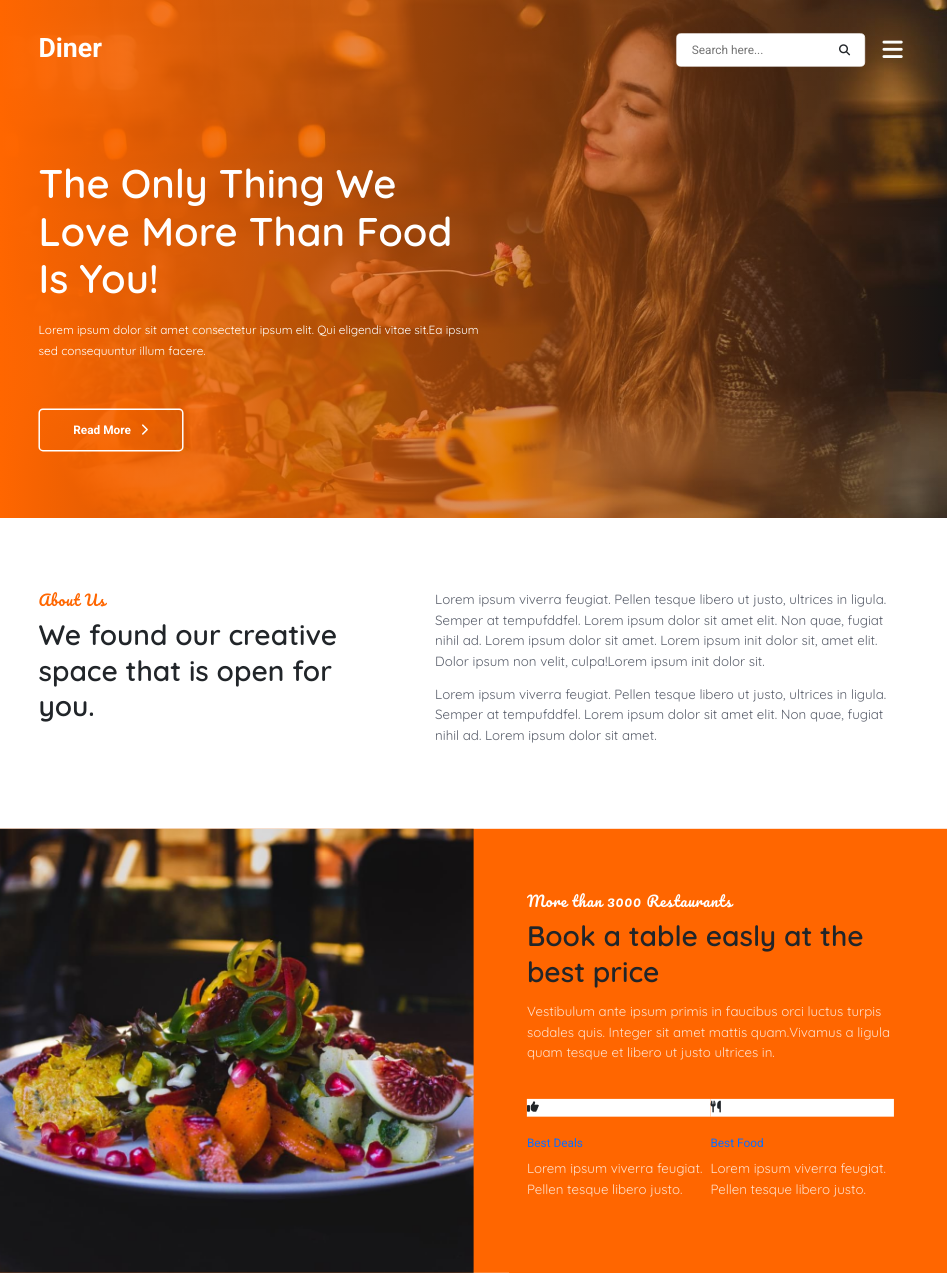
Repository: minhtrivu6199/Diner
Page: index.html
The author's editor kept a copy of each file at every save. The page is drawn from the files as they stood at one save, then again after the next save.
The browser window is 1280 px wide. The pictures show the whole page, at 74% of full size.
Backgrounds fixed to the window are drawn as part of the page. The style sheet was rebuilt from its Sass, Less or Tailwind sources for each picture, by a compiler version that may differ from the author's.

Above is the page before, as saved 2022-10-10 16:03:47.

### index.html
<!DOCTYPE html>
<html lang="en">
  <head>
    <title>Title</title>
    <!-- Required meta tags -->
    <meta charset="utf-8" />
    <meta
      name="viewport"
      content="width=device-width, initial-scale=1, shrink-to-fit=no"
    />
    <!-- FontAwesome 6.2.0 CSS -->
    <link
      rel="stylesheet"
      href="https://cdnjs.cloudflare.com/ajax/libs/font-awesome/6.2.0/css/all.min.css"
      integrity="sha512-xh6O/CkQoPOWDdYTDqeRdPCVd1SpvCA9XXcUnZS2FmJNp1coAFzvtCN9BmamE+4aHK8yyUHUSCcJHgXloTyT2A=="
      crossorigin="anonymous"
      referrerpolicy="no-referrer"
    />

    <!-- Font -->
    <link rel="preconnect" href="https://fonts.googleapis.com" />
    <link rel="preconnect" href="https://fonts.gstatic.com" crossorigin />
    <link
      href="https://fonts.googleapis.com/css2?family=Roboto:wght@100;300;400;500;700;900&display=swap"
      rel="stylesheet"
    />
    <link
      href="https://fonts.googleapis.com/css2?family=Pacifico&display=swap"
      rel="stylesheet"
    />
    <link
      href="https://fonts.googleapis.com/css2?family=Quicksand:wght@300;400;500;600;700&display=swap"
      rel="stylesheet"
    />

    <!-- Bootstrap CSS v5.2.1 -->
    <link
      href="https://cdn.jsdelivr.net/npm/bootstrap@5.2.1/dist/css/bootstrap.min.css"
      rel="stylesheet"
      integrity="sha384-iYQeCzEYFbKjA/T2uDLTpkwGzCiq6soy8tYaI1GyVh/UjpbCx/TYkiZhlZB6+fzT"
      crossorigin="anonymous"
    />
    <!-- CSS -->
    <link rel="stylesheet" href="./css/style.min.css" />
  </head>

  <body>
    <!-- HEADER BANNER -->
    <section class="header-banner">
      <div class="container">
        <!-- BANNER HEADER -->
        <div class="banner-header">
          <div class="banner-logo">
            <h1>
              <a href="" class="logo-brand">Diner</a>
            </h1>
          </div>
          <div class="banner-right-content">
            <div class="search-bar">
              <form class="search position-relative">
                <input
                  type="search"
                  class="search-input"
                  placeholder="Search here..."
                />
                <span class="fa fa-search search-icon"></span>
              </form>
            </div>
            <div class="menu text-center">
              <div class="mobile-position">
                <nav class="navigation">
                  <!-- <div class="theme-switch-wrapper">
                    <label for="checkbox" class="theme-switch">
                      <input type="checkbox" id="checkbox" />
                      <div class="mode-container">
                        <i class="fa fa-sun"></i>
                        <i class="fa fa-moon"></i>
                      </div>
                    </label>
                  </div> -->
                </nav>
              </div>
              <div class="mobile-nav-button text-center">
                <button id="trigger-overlay" type="button">
                  <i class="fa fa-bars" aria-hidden="true"></i>
                </button>
              </div>
            </div>
          </div>
          <!-- NAV MENU -->
          <div class="overlay overlay-scale">
            <button type="button" class="overlay-close">
              <i class="fa fa-times" aria-hidden="true"></i>
            </button>

            <nav>
              <ul>
                <li><a href="index.html" class="active">Home</a></li>
                <li><a href="about.html">About</a></li>
                <li><a href="services.html">Services</a></li>
                <li><a href="blog.html">Blog</a></li>
                <li><a href="error.html">404</a></li>
                <li><a href="">Landing Page</a></li>
                <li><a href="contact.html">Contact</a></li>
                <li><a href="">Shot Codes</a></li>
                <li><a href="">Email</a></li>
              </ul>
            </nav>
          </div>
          <!-- END NAV MENU -->
        </div>
        <!-- END BANNER HEADER -->
        <div class="banner-info">
          <h3 class="mb-4 title">The only thing we love more than food is you!</h3>
          <div class="separator"></div>
          <p class="pr-lg-5 mt-md-4 mt-3">
            Lorem ipsum dolor sit amet consectetur ipsum elit. Qui eligendi
            vitae sit.Ea ipsum sed consequuntur illum facere.
          </p>
          <a class="btn btn-white mt-sm-5 mt-4 mr-2" href="about.html">
            Read More
            <span class="fa fa-chevron-right ms-2" aria-hidden="true"></span>
          </a>
        </div>
      </div>
    </section>
    <!-- END HEADER -->

    <!-- ABOUT -->
    <section class="about-us py-5">
      <div class="container py-md-5">
        <div class="row content">
          <div class="col-lg-5 content-left">
            <div class="about-title">
              <h6 class="subtitle">About Us</h6>
              <h3 class="title mb-4">
                We found our creative space that is open for you.
              </h3>
            </div>
          </div>
          <div class="col-lg-7 content-right ps-lg-5">
            <p>
              Lorem ipsum viverra feugiat. Pellen tesque libero ut justo, ultrices in ligula. Semper at tempufddfel. Lorem ipsum dolor sit amet elit. Non quae, fugiat nihil ad. Lorem ipsum dolor sit amet. Lorem ipsum init dolor sit, amet elit. Dolor ipsum non velit, culpa!Lorem ipsum init dolor sit.
            </p>
            <p class="mt-3">
              Lorem ipsum viverra feugiat. Pellen tesque libero ut justo, ultrices in ligula. Semper at tempufddfel. Lorem ipsum dolor sit amet elit. Non quae, fugiat nihil ad. Lorem ipsum dolor sit amet.
            </p>
          </div>
        </div>
      </div>
    </section>
    <!-- END ABOUT -->

    <!-- AGENT -->
    <section class="agent">
      <div class="container-fluid">
        <div class="row align-items-center gx-0">
          <div class="col-lg-6 pt-lg-0 pt-5">
            <div class="agent-image"></div>
          </div>
          <div class="col-lg-6 px-lg-4 py-lg-3 py-4">
            <div class="agent-info p-md-5 p-3">
              <h6 class="subtitle">
                More than 3000 Restaurants
              </h6>
              <h3 class="title">
                Book a table easly at the best price
              </h3>
              <p class="my-3">
                Vestibulum ante ipsum primis in faucibus orci luctus turpis sodales quis. Integer sit amet mattis quam.Vivamus a ligula quam tesque et libero ut justo ultrices in.
              </p>
              <div class="agent-interactive mt-5">
                <div class="gd">
                  <div class="icon mb-4">
                    <span class="fa fa-thumbs-up"></span>
                  </div>
                  <a href="#" class="gd-link">Best Deals</a>
                  <p class="mt-2">
                    Lorem ipsum viverra feugiat. Pellen tesque libero justo.
                  </p>
                </div>
                <div class="gd">
                  <div class="icon mb-4">
                    <span class="fa fa-cutlery"></span>
                  </div>
                  <a href="#" class="gd-link">Best Food</a>
                  <p class="mt-2">
                    Lorem ipsum viverra feugiat. Pellen tesque libero justo.
                  </p>
                </div>
              </div>
            </div>
          </div>
        </div>
      </div>
    </section>
    <!-- END AGENT -->

    <!-- Bootstrap JavaScript Libraries -->
    <script
      src="https://cdn.jsdelivr.net/npm/@popperjs/core@2.11.6/dist/umd/popper.min.js"
      integrity="sha384-oBqDVmMz9ATKxIep9tiCxS/Z9fNfEXiDAYTujMAeBAsjFuCZSmKbSSUnQlmh/jp3"
      crossorigin="anonymous"
    ></script>

    <script
      src="https://cdn.jsdelivr.net/npm/bootstrap@5.2.1/dist/js/bootstrap.min.js"
      integrity="sha384-7VPbUDkoPSGFnVtYi0QogXtr74QeVeeIs99Qfg5YCF+TidwNdjvaKZX19NZ/e6oz"
      crossorigin="anonymous"
    ></script>

    <!-- JS -->
    <script src="./js/modernizr-2.6.2.min.js"></script>
    <script src="./js/classie.js"></script>
    <script src="./js/main.js"></script>
  </body>
</html>

### js/classie.js
/*!
 * classie - class helper functions
 * from bonzo https://github.com/ded/bonzo
 *
 * classie.has( elem, 'my-class' ) -> true/false
 * classie.add( elem, 'my-new-class' )
 * classie.remove( elem, 'my-unwanted-class' )
 * classie.toggle( elem, 'my-class' )
 */

/*jshint browser: true, strict: true, undef: true */
/*global define: false */

(function (window) {
  "use strict";

  // class helper functions from bonzo https://github.com/ded/bonzo

  function classReg(className) {
    return new RegExp("(^|\\s+)" + className + "(\\s+|$)");
  }

  // classList support for class management
  // altho to be fair, the api sucks because it won't accept multiple classes at once
  var hasClass, addClass, removeClass;

  if ("classList" in document.documentElement) {
    hasClass = function (elem, c) {
      return elem.classList.contains(c);
    };
    addClass = function (elem, c) {
      elem.classList.add(c);
    };
    removeClass = function (elem, c) {
      elem.classList.remove(c);
    };
  } else {
    hasClass = function (elem, c) {
      return classReg(c).test(elem.className);
    };
    addClass = function (elem, c) {
      if (!hasClass(elem, c)) {
        elem.className = elem.className + " " + c;
      }
    };
    removeClass = function (elem, c) {
      elem.className = elem.className.replace(classReg(c), " ");
    };
  }

  function toggleClass(elem, c) {
    var fn = hasClass(elem, c) ? removeClass : addClass;
    fn(elem, c);
  }

  var classie = {
    // full names
    hasClass: hasClass,
    addClass: addClass,
    removeClass: removeClass,
    toggleClass: toggleClass,
    // short names
    has: hasClass,
    add: addClass,
    remove: removeClass,
    toggle: toggleClass,
  };

  // transport
  if (typeof define === "function" && define.amd) {
    // AMD
    define(classie);
  } else {
    // browser global
    window.classie = classie;
  }
})(window);

### js/main.js
(function () {
  var container = document.querySelector("div.container"),
    triggerBttn = document.getElementById("trigger-overlay"),
    overlay = document.querySelector("div.overlay"),
    closeBttn = overlay.querySelector("button.overlay-close");
  (transEndEventNames = {
    WebkitTransition: "webkitTransitionEnd",
    MozTransition: "transitionend",
    OTransition: "oTransitionEnd",
    msTransition: "MSTransitionEnd",
    transition: "transitionend",
  }),
    (transEndEventName = transEndEventNames[Modernizr.prefixed("transition")]),
    (support = { transitions: Modernizr.csstransitions });

  function toggleOverlay() {
    if (classie.has(overlay, "open")) {
      classie.remove(overlay, "open");
      classie.remove(container, "overlay-open");
      classie.add(overlay, "close");
      var onEndTransitionFn = function (ev) {
        if (support.transitions) {
          if (ev.propertyName !== "visibility") return;
          this.removeEventListener(transEndEventName, onEndTransitionFn);
        }
        classie.remove(overlay, "close");
      };
      if (support.transitions) {
        overlay.addEventListener(transEndEventName, onEndTransitionFn);
      } else {
        onEndTransitionFn();
      }
    } else if (!classie.has(overlay, "close")) {
      classie.add(overlay, "open");
      classie.add(container, "overlay-open");
    }
  }

  triggerBttn.addEventListener("click", toggleOverlay);
  closeBttn.addEventListener("click", toggleOverlay);
})();

### scss/style.scss
@import "./base/variables";
@import "./pages/components/menu";



.header-banner {
  background-image: linear-gradient(to right, $orange, hsl(30deg 100% 1% / 20%)),
    url(../img/banner1.jpg);
  background-size: cover;
  background-position: initial;
  background-repeat: no-repeat;
  background-attachment: fixed;
  min-height: 700px;
  .container {
    .banner-header {
      display: flex;
      justify-content: space-between;
      align-items: center;
      padding: 40px 0 20px 0;
      .banner-logo {
        .logo-brand {
          font-size: 36px;
          font-weight: 700;
          color: $white;
        }
      }

      .banner-right-content {
        display: flex;
        justify-content: center;
        align-items: center;
        .search-bar {
          display: flex;
          .search {
            .search-input {
              padding: 10px 50px 10px 20px;
              height: 45px;
              font-size: 16px;
              color: $font-color;
              font-weight: 400;
              border-radius: 6px;
              position: relative;
              right: 0;
              background: $white;
              outline: 0;
              border: 1px solid $white;
            }
            .search-icon {
              position: absolute;
              right: 20px;
              font-size: 15px;
              cursor: pointer;
              top: 15px;
            }
          }
        }

        .menu {
          display: flex;
          justify-content: center;
          align-items: center;
          .mobile-nav-button {
            margin-left: 1rem;
          }
        }
      }
    }

    .banner-info {
        max-width: 600px;
        text-align: left;
        margin-top: 100px;
        h3 {
            font-size: 54px;
            line-height: 64px;
            text-transform: capitalize;
            color: $white;
        }
        p {
            font-size: 16px;
            line-height: 28px;
            color: $white;
        }

        .btn-white {
            background: transparent;
            border: 2px solid $white;
            color: $white;
            padding: 12px 45px;
            font-size: 16px;
            line-height: 30px;
            font-weight: 700;
            transition: 0.3s ease-in;
            border-radius: 6px;

            &:hover {
                background: $white;
                color: $orange;
            }
        }
    }
  }
}


.about-us {
    .container {
        .content {
            .content-right {
                p {
                    color: $font-color;
                }
            }
        }
    }
}

.agent {
    background: $orange;
    .container-fluid {
        margin: 0;
        padding: 0;
        .agent-image {
            background-image: url(../img/banner3.jpg);
            background-repeat: no-repeat;
            background-size: cover;
            background-position: center;
            position: relative;
            z-index: 1;
            min-height: 600px;
        }

        .agent-info {
            .subtitle {
                color: $white;
            }
            p {
                color: #ffdfc9;
            }
        }

        .agent-interactive {
            display: flex;
            .icon {
                background: $white;
            }
        }
    }
}

### scss/base/_variables.scss
// Color
$blue: #007bff;
$indigo: #6610f2;
$purple: #6f42c1;
$pink: #e83e8c;
$red: #dc3545;
$orange: #ff6600;
$yellow: #ffc107;
$green: #28a745;
$teal: #20c997;
$cyan: #17a2b8;
$white: #fff;
$gray: #6c757d;
$gray-dark: #343a40;
$light-orange: #f8b195;
$success: #28a745;
$info: #17a2b8;
$warning: #ffc107;
$danger: #dc3545;
$light: #f8f9fa;
$dark: #343a40;
$font-color: rgba(22, 28, 45, 0.7);

*, ::after, ::before {
    margin: 0;
    padding: 0;
    box-sizing: border-box;
}

html,
body {
  font-family: "Roboto", sans-serif;
}
a {
  text-decoration: none;
  background-color: transparent;
  cursor: pointer;
}

.container {
    max-width: 1200px;
}

.subtitle {
    font-family: 'Pacifico', cursive;
    font-size: 20px;
    font-weight: 400;
    line-height: 30px;
    letter-spacing: 1px;
    color: $orange;
}

.title {
    font-size: 38px;
    line-height: 48px;
    font-weight: 600;
    font-family: 'Quicksand', sans-serif;
}

p {
    font-size: 18px;
    line-height: 28px;
    font-family: 'Quicksand', sans-serif;
}

### scss/pages/components/_menu.scss
@import '../../base/variables';
.overlay {
	position: fixed;
	width: 100%;
	height: 100%;
	top: 0;
	left: 0;
	background: rgb(6 3 0 / 77%);
}

/* Overlay closing cross */
.overlay .overlay-close {
    width: 40px;
    height: 40px;
    position: absolute;
    right: 40px;
    top: 40px;
    overflow: hidden;
    border: none;
    background: $orange;
    color: #fff;
    border-radius: 6px;
}

button#trigger-overlay {
	outline: none;
	border: none;
	background: none;
	text-align: center;
	color: #fbfdfb;
	font-size: 1.95em;
	padding: 0 8px;
}

/* Menu style */
.overlay nav {
	text-align: center;
	position: relative;
	top: 50%;
	height: 60%;
	-webkit-transform: translateY(-50%);
	transform: translateY(-50%);
}
.overlay ul {
	list-style: none;
	padding: 0;
	margin: 0 auto;
	display: inline-block;
	height: 100%;
	position: relative;
}
.overlay ul li {
	display: block;
	-webkit-backface-visibility: hidden;
	backface-visibility: hidden;
    line-height:3em;
}
.overlay ul li a {
	font-size: 20px;
	font-weight: 600;
	display: block;
	color: #fff;
	-webkit-transition: color 0.2s;
	transition: color 0.2s;
}

.overlay ul li a:hover,
.overlay ul li a:focus {
	color: $orange;
}

/* Effects */
.overlay-scale {
	visibility: hidden;
	opacity: 0;
	-webkit-transform: scale(0.9);
	transform: scale(0.9);
	-webkit-transition: -webkit-transform 0.2s, opacity 0.2s, visibility 0s 0.2s;
	transition: transform 0.2s, opacity 0.2s, visibility 0s 0.2s;
}

.overlay-scale.open {
	visibility: visible;
	opacity: 1;
	-webkit-transform: scale(1);
	transform: scale(1);
	-webkit-transition: -webkit-transform 0.4s, opacity 0.4s;
	transition: transform 0.4s, opacity 0.4s;
}

@media screen and (max-height: 30.5em) {
	.overlay nav {
		height: 70%;
		font-size: 34px;
	}

	.overlay ul li {
		min-height: 34px;
	}
}
@media (max-width:767px) {
	.overlay ul li a {
		font-size: 16px;
	}
	.overlay ul li {
		line-height: 2.5em;
	}
}
@media (max-width:600px) {
	.overlay ul li a {
		font-size: 16px;
	}
	.overlay ul li {
		line-height: 2.2em;
	}
}

Loaded but not shown: js/modernizr-2.6.2.min.js (library)

After the next save:
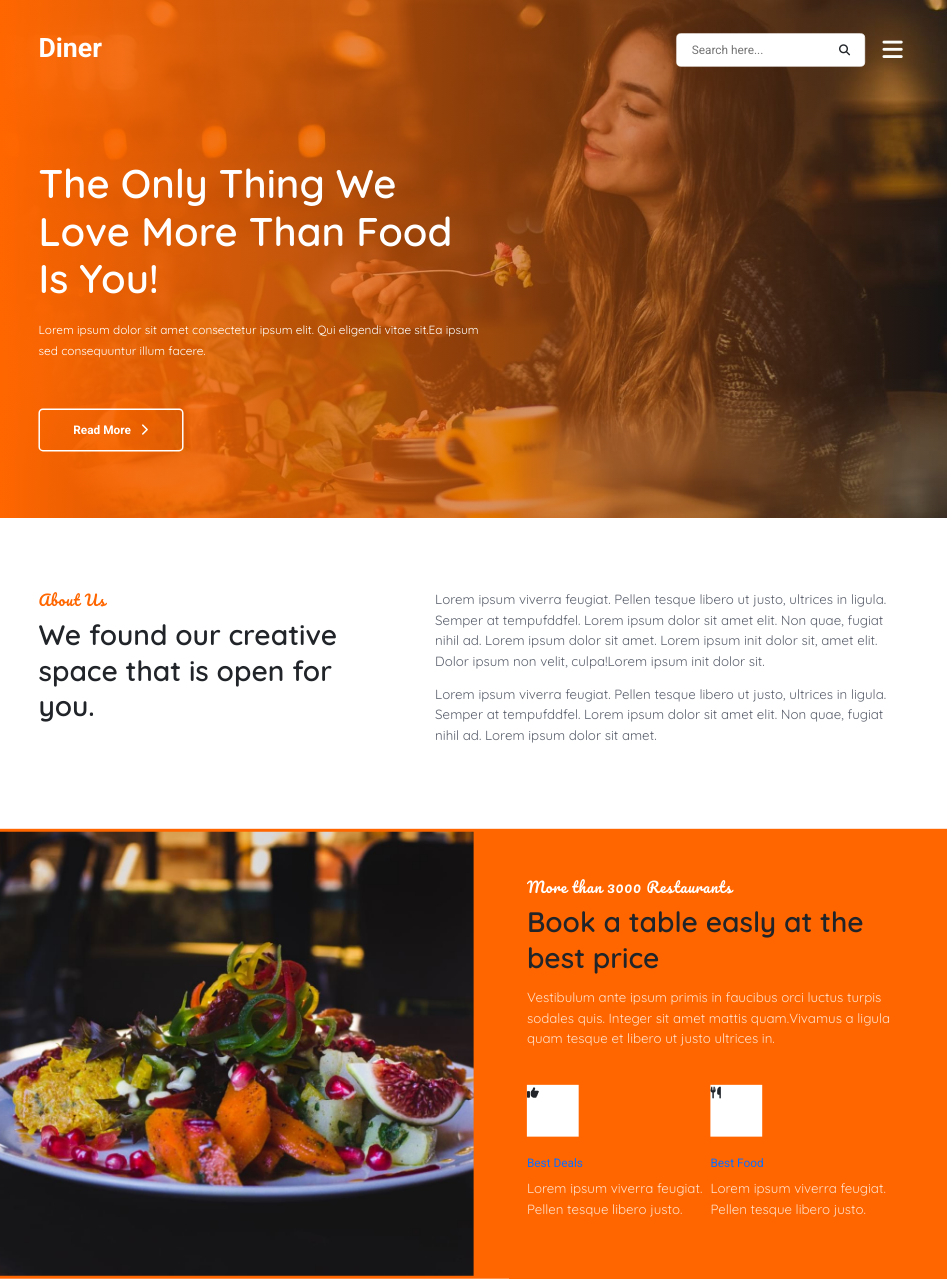
Saved 10 s later.
--- a/scss/style.scss
+++ b/scss/style.scss
@@ -143,6 +143,8 @@
             display: flex;
             .icon {
                 background: $white;
+                width: 70px;
+                height: 70px;
             }
         }
     }
